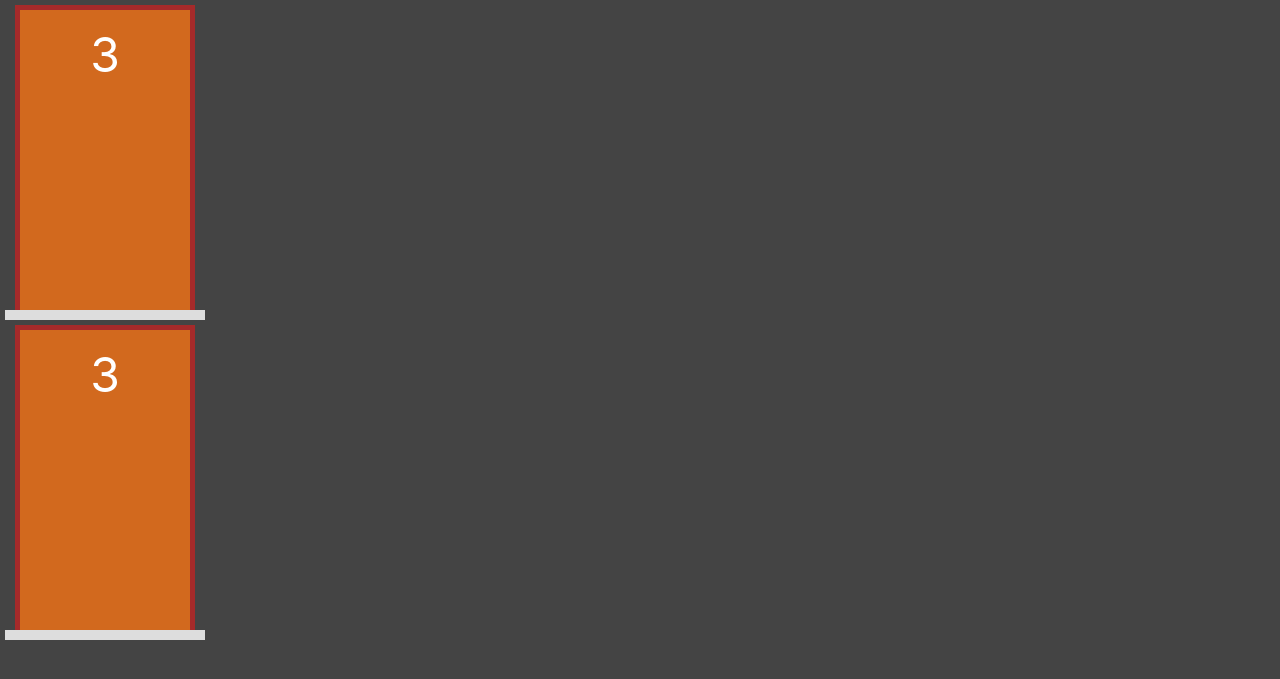
Repository: Mira757/Projeto-Porta-Premiada
Page: /
The author's editor kept a copy of each file at every save. The page is drawn from the files as they stood at one save, then again after the next save.
The browser window is 1280 px wide. The pictures show the whole page.
The project was rebuilt for these pictures with package versions that can differ from the ones it lists, and the page was loaded fresh each time. The framework's server and built-in components were replaced by stand-ins that run in the browser. Also part of the build but not shown: next.config.js, styles/Presente.module.css, components/Presente.jsx.

Above is the page before, as saved 2022-03-16 18:38:10.

### pages/index.jsx
import Porta from "../components/Porta";
import Presente from "../components/Presente";

export default function Home() {
  return (
    <div >
      <Porta/>
      <Porta/>
    </div>
  )
}

### styles/globals.css
html,
body {
  padding: 0;
  margin: 0;
  font-family: -apple-system, BlinkMacSystemFont, Segoe UI, Roboto, Oxygen,
    Ubuntu, Cantarell, Fira Sans, Droid Sans, Helvetica Neue, sans-serif;
  background-color: #444;
  color: #fff;
}

a {
  color: inherit;
  text-decoration: none;
}

* {
  box-sizing: border-box;
}

### components/Porta.jsx
import styles from "../styles/Porta.module.css"

export default function Porta(props) {
  return (
    <div className={styles.area}>
      <div className={styles.estrutura}>
        <div className={styles.porta}>
          <div className={styles.numero}>3</div>
        </div>
      </div>
      <div className={styles.chao}></div>
    </div>
  )
}

### styles/Porta.module.css
.area {
  display: flex;
  flex-direction: column;
  align-items: center;
  width: 200px;
  height: 315px;
  margin: 5px;
}

.estrutura {
  display: flex;
  width: 90%;
  flex-grow: 1;
  border-left: 5px solid brown;
  border-right: 5px solid brown;
  border-top: 5px solid brown;
}

.porta {
  display: flex;
  flex-direction: column;
  flex-grow: 1;
  background-color: chocolate;
  align-items: center;
  padding: 15px;
}

.numero {
  font-size: 3rem;
}

.chao {
  height: 10px;
  width: 100%;
  background-color: #ddd;
}

Loaded but not shown: pages/_app.js (common file)

After the next save:
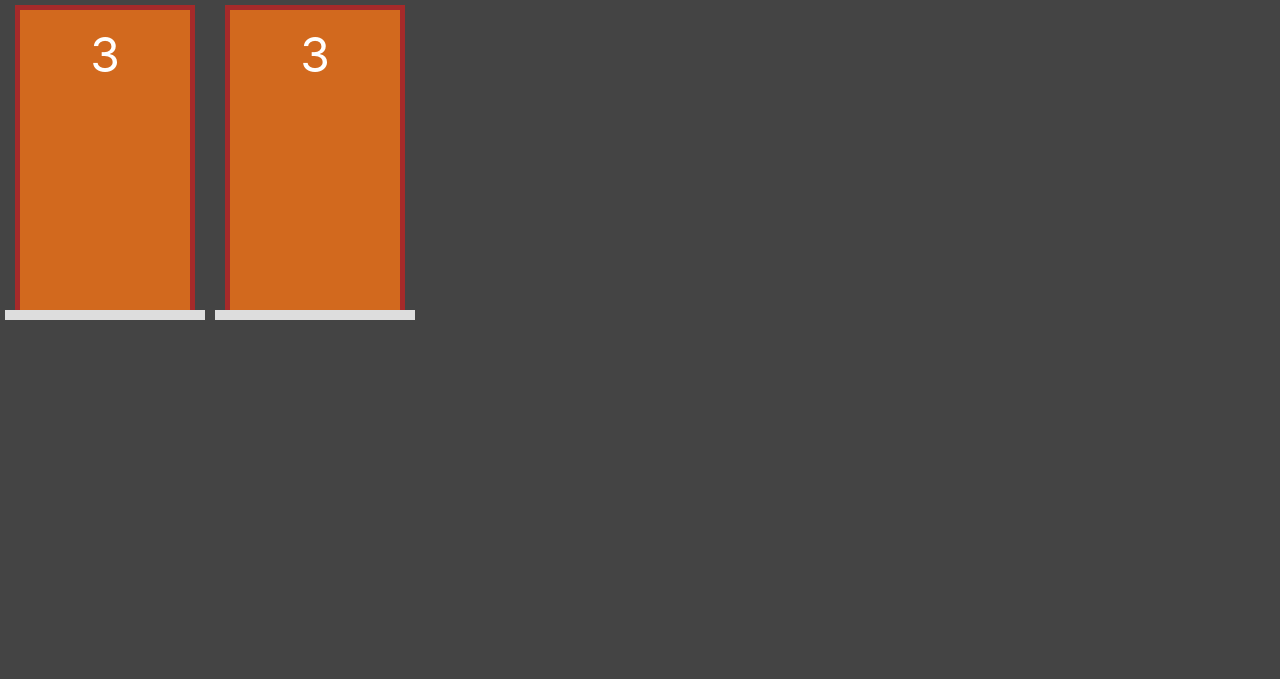
Saved 19 s later.
--- a/pages/index.jsx
+++ b/pages/index.jsx
@@ -3,7 +3,7 @@ import Presente from "../components/Presente";
 
 export default function Home() {
   return (
-    <div >
+    <div style={{display: "flex"}}>
       <Porta/>
       <Porta/>
     </div>
